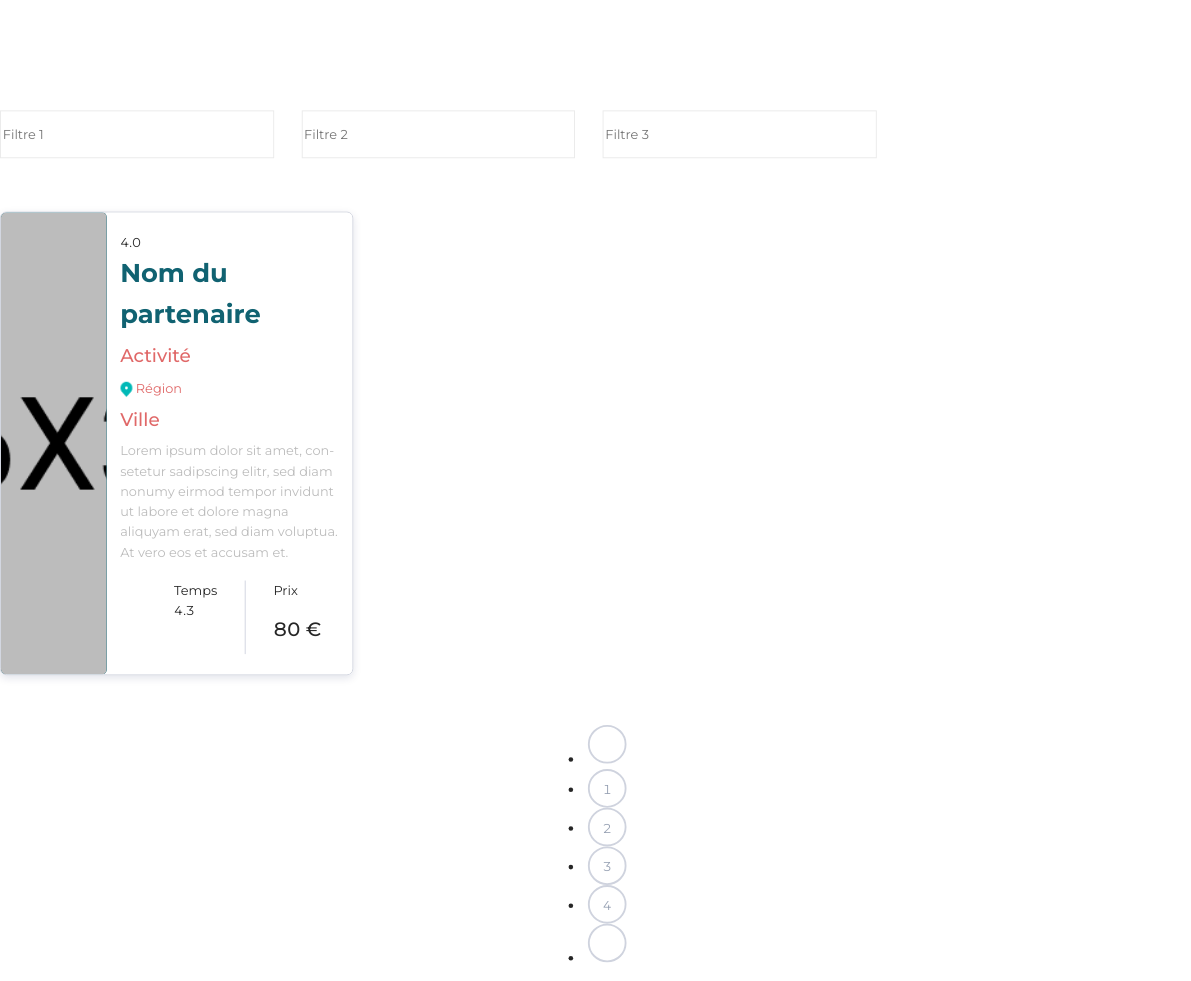
Repository: Emerson1220/projet-neofeel-lacapsule
Page: /roadPlanner (app in reactapp/)
These files come from the project's save history. The page is drawn as it stood at one moment and after the next save; the edit follows.
The browser window is 1280 px wide. The page is 1295 px wide, so the pictures cover 1295 px, including what lies to the right of the window. The pictures show the whole page, at 92% of full size.
The project was rebuilt for these pictures with package versions that can differ from the ones it lists, and the page was loaded fresh each time. Also part of the build but not shown: reactapp/src/components/Nav.js, reactapp/src/components/RedButton.js, reactapp/src/styles/map.css, reactapp/src/components/SearchModal.js, reactapp/src/screens/ScreenHome.js.

Above is the page before, as saved 2021-05-18 15:34:08.

After the next save:
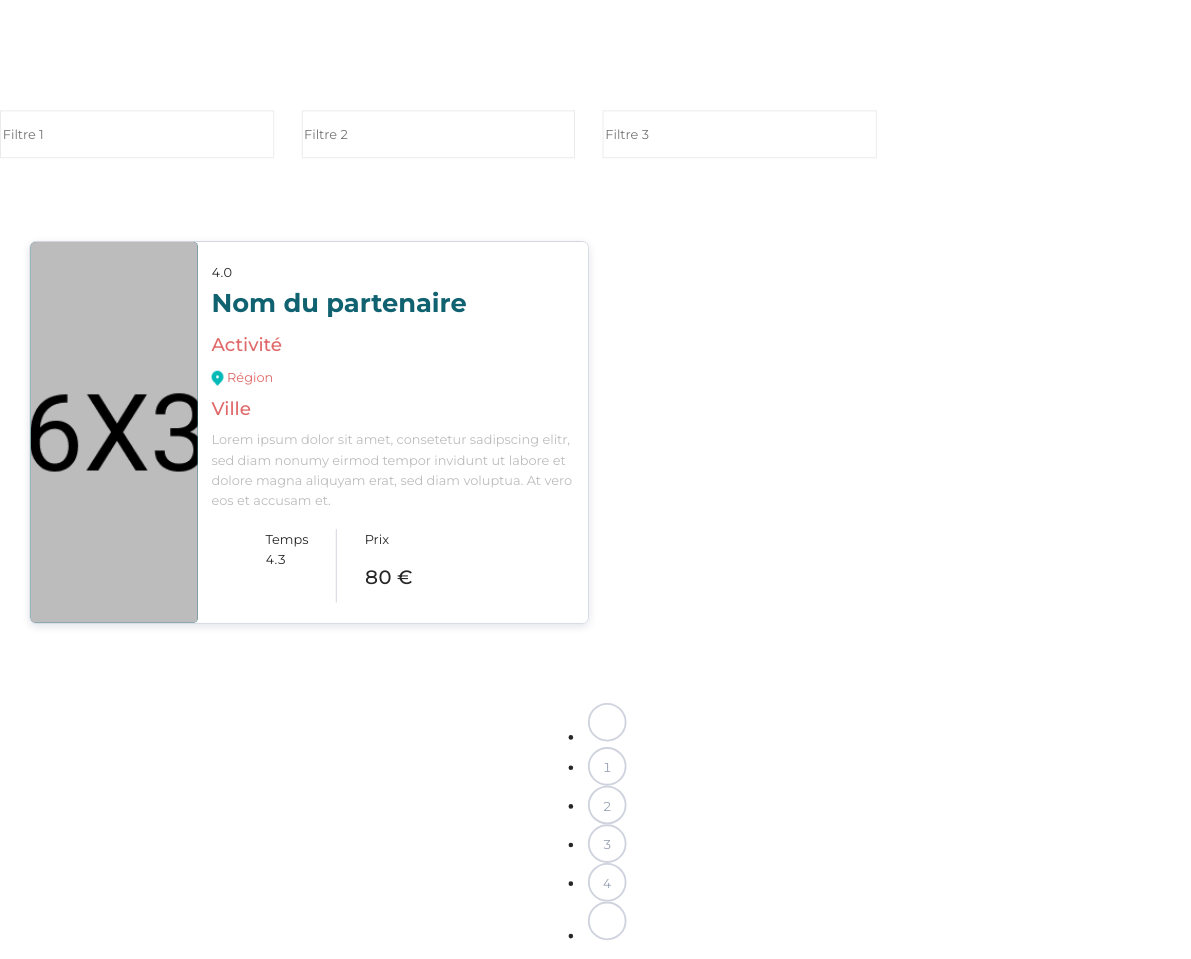
Saved 65 s later.
--- a/reactapp/src/screens/ScreenRoadPlanner.js
+++ b/reactapp/src/screens/ScreenRoadPlanner.js
@@ -207,12 +207,13 @@ let styles = {
     // CARD - CSS //
 
     experiences_list_area:{
+        display: 'grid',
+        gridTemplateColumns: 'repeat(2, 1fr)',
         boxSizing: 'border-box',
         outline: 'none',
-        width:'60%',
-
-        display: 'grid',
-        gridTemplateColumns: 'repeat(2, 1fr)',
+        // width:'60%',
+        padding: '2rem',
+
     },
 
     single_destinations:{
